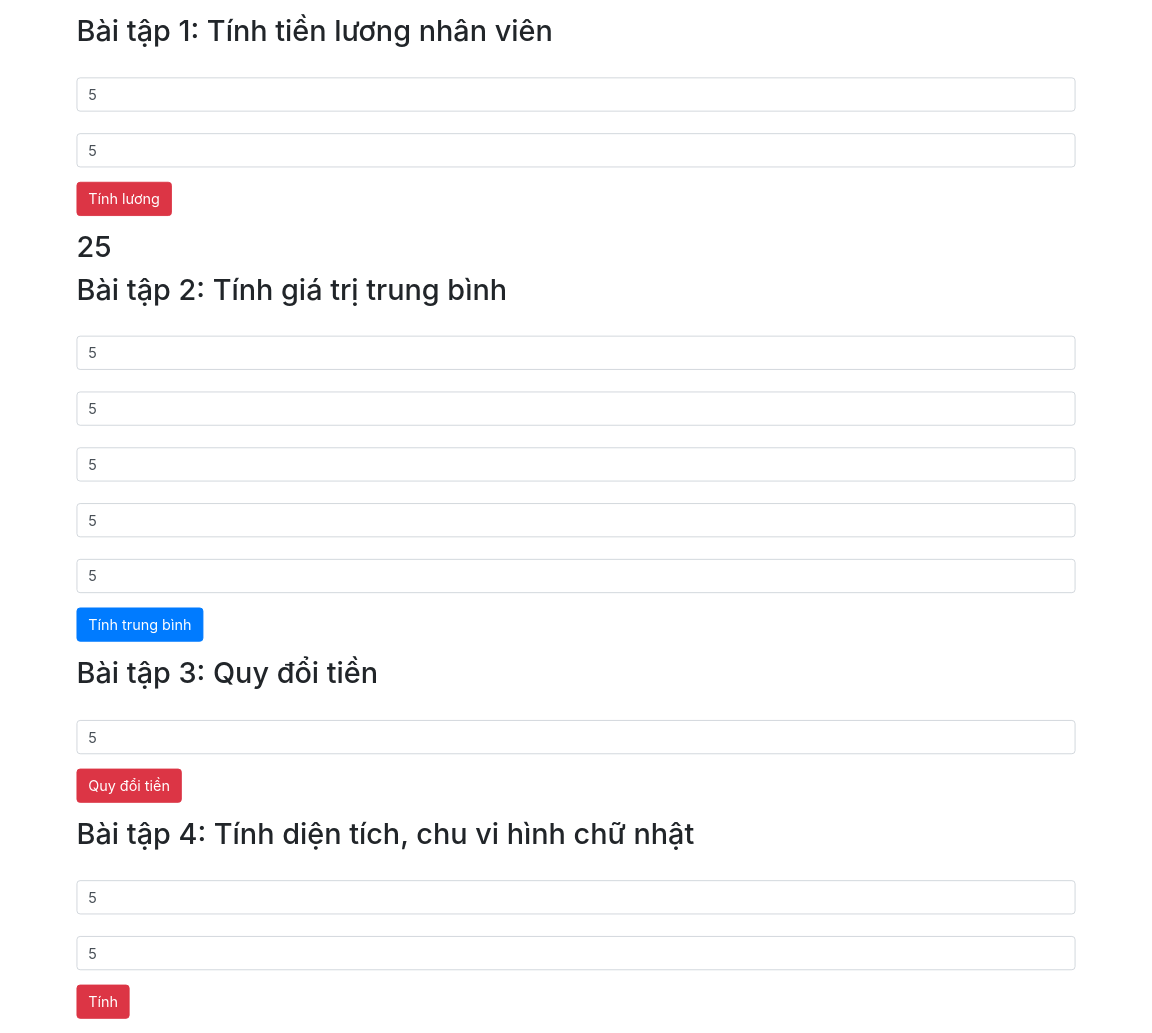
Repository: thanhfrankie/BC10-LeMinhThanh-Js-b2-3
Page: index.html
An editor plug-in stored every save of this project. The page is shown before and after the next save, followed by the edit.
The browser window is 1280 px wide. The pictures show the whole page, at 90% of full size.
Empty fields were first filled with sample values (such as "Sample", 5 or name@example.com).
After loading, the first visible `button.btn` was clicked once.

Above is the page before, as saved 2023-12-15 15:55:26.

After the next save:
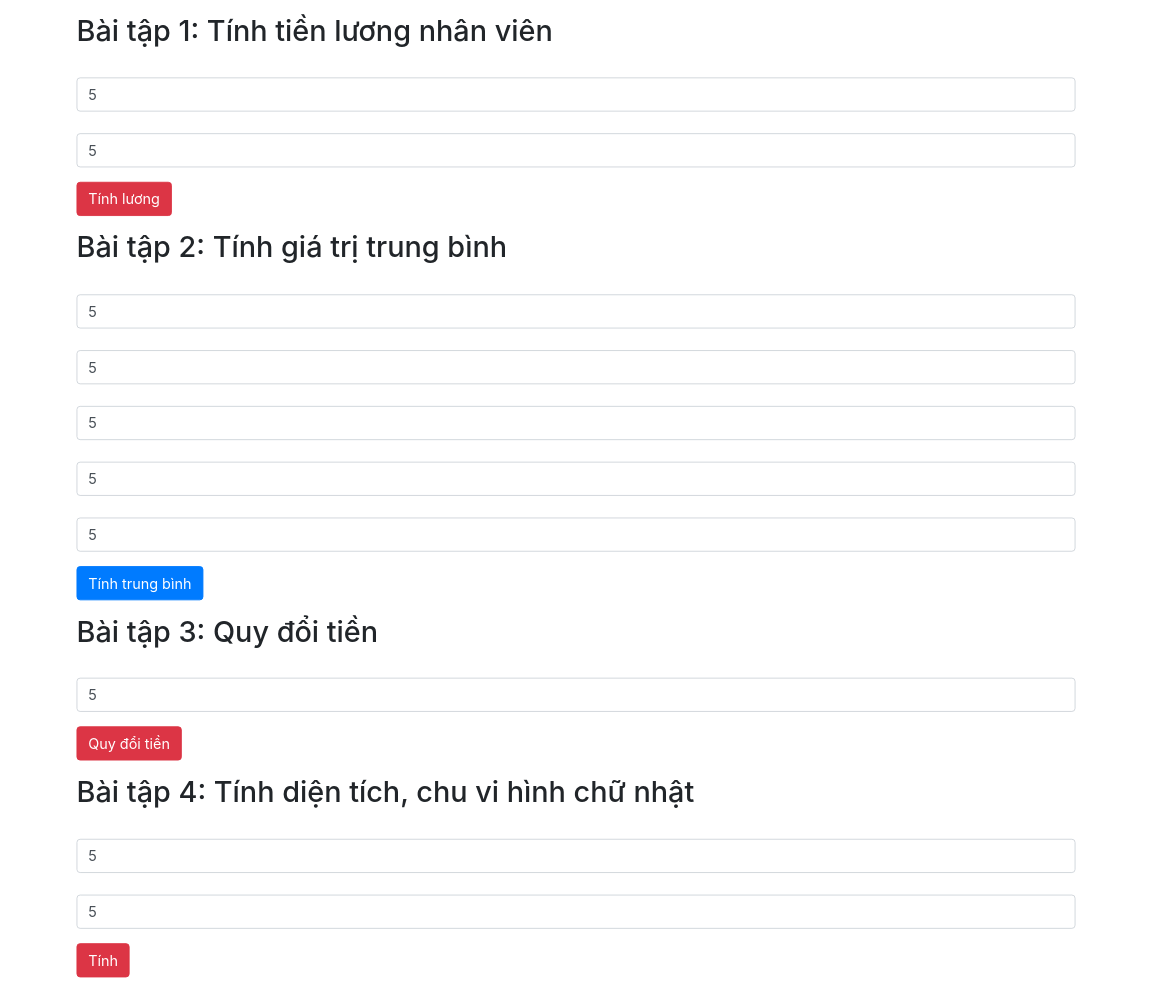
Console error: SyntaxError: Unexpected end of input
Saved 5 s later.
--- a/index.js
+++ b/index.js
@@ -61,3 +61,4 @@ function quyDoiTien() {
  * + gán sự kiện click cho button
  * B3: hiển thị kết quả
  */
+function

After the save that followed:
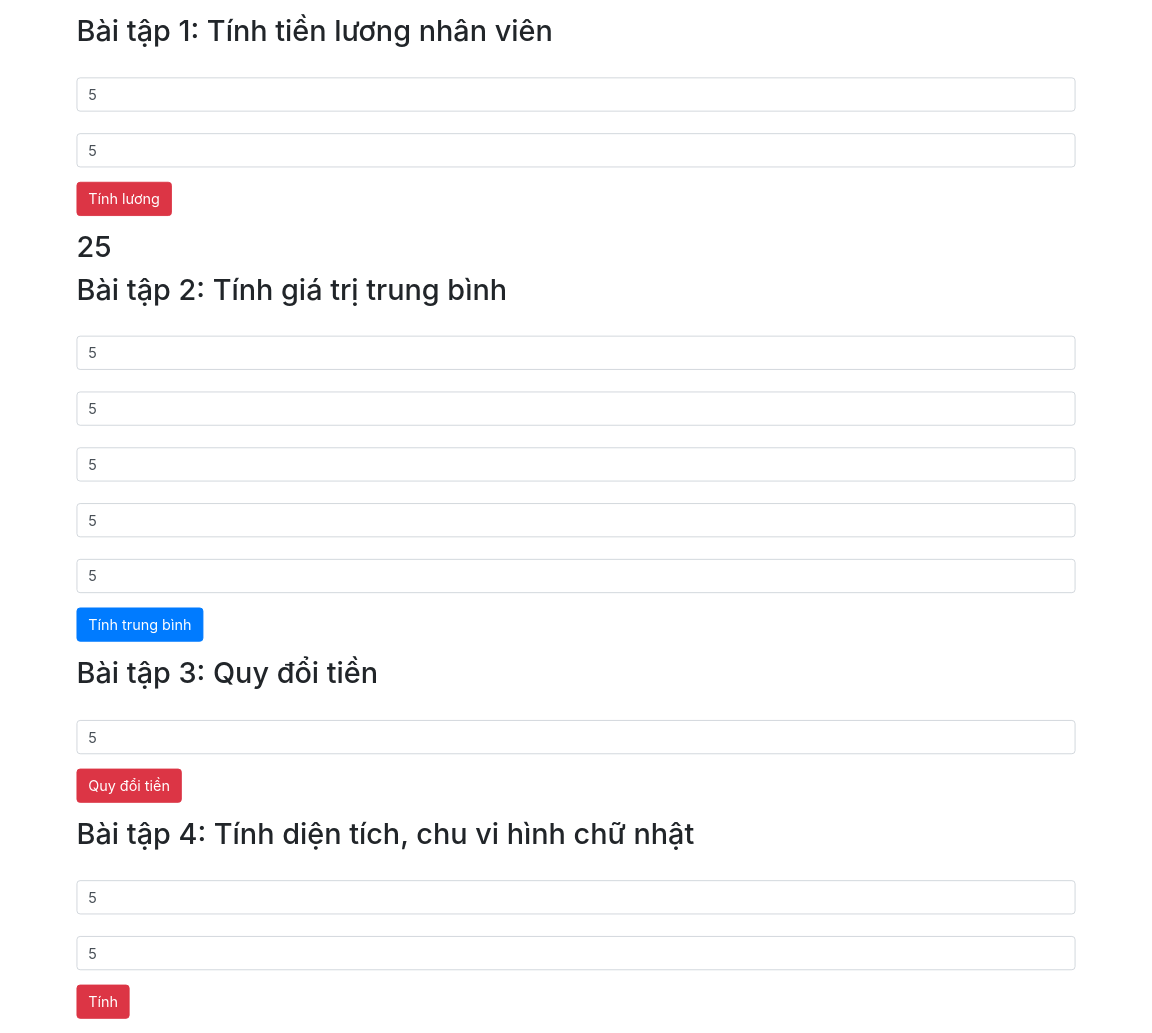
The error is gone.
Saved 4 s later.
--- a/index.js
+++ b/index.js
@@ -61,4 +61,6 @@ function quyDoiTien() {
  * + gán sự kiện click cho button
  * B3: hiển thị kết quả
  */
-function
+function tinh() {
+
+}
